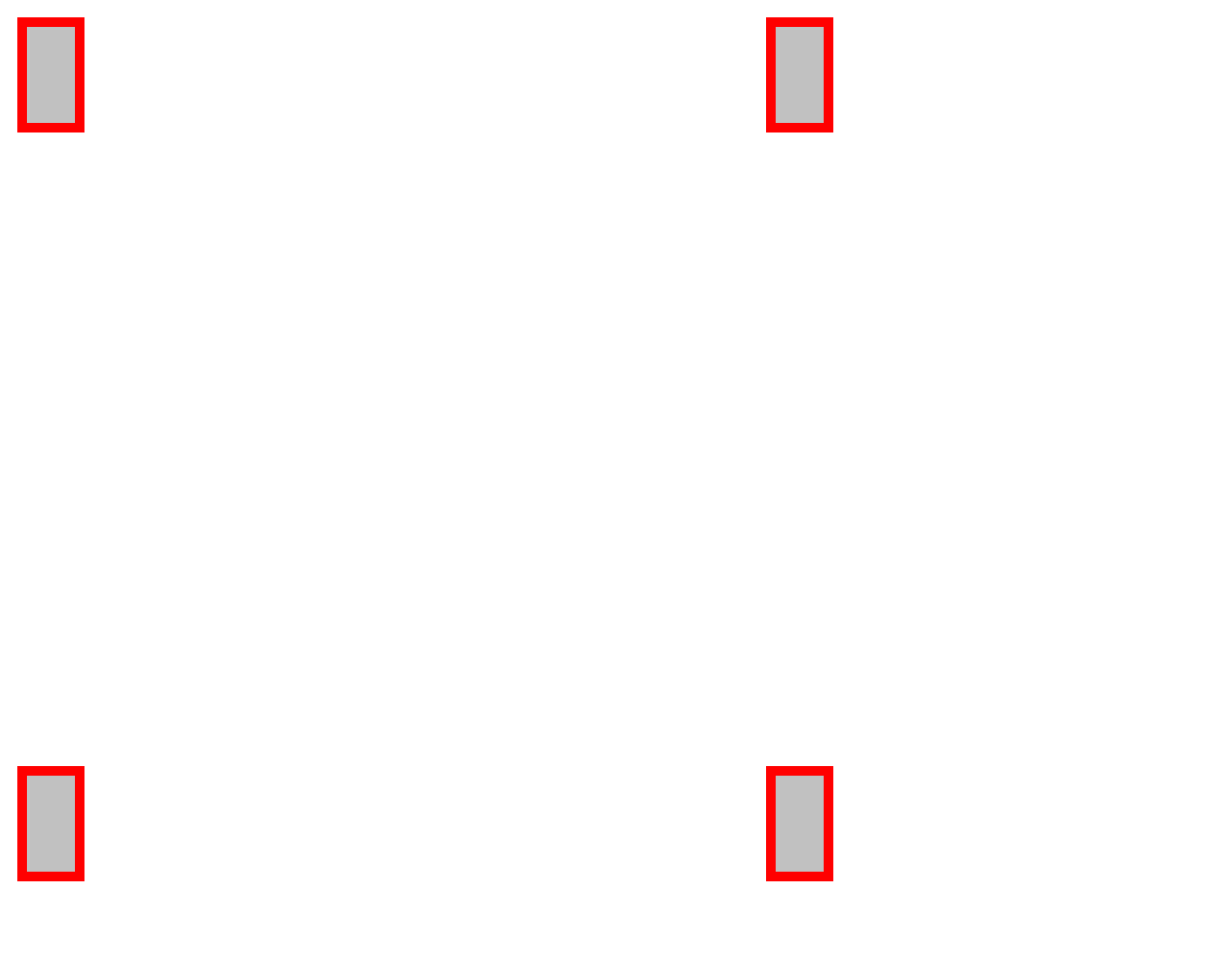
Repository: HEOGEUNJU/Python
Page: HELLO_PYTHON/day17/templates/canvas2.html
An editor plug-in stored every save of this project. The page is shown before and after the next save, followed by the edit.
The browser window is 1280 px wide. The pictures show the whole page, at 96% of full size.

Above is the page before, as saved 2022-12-18 23:58:21.

After the next save:
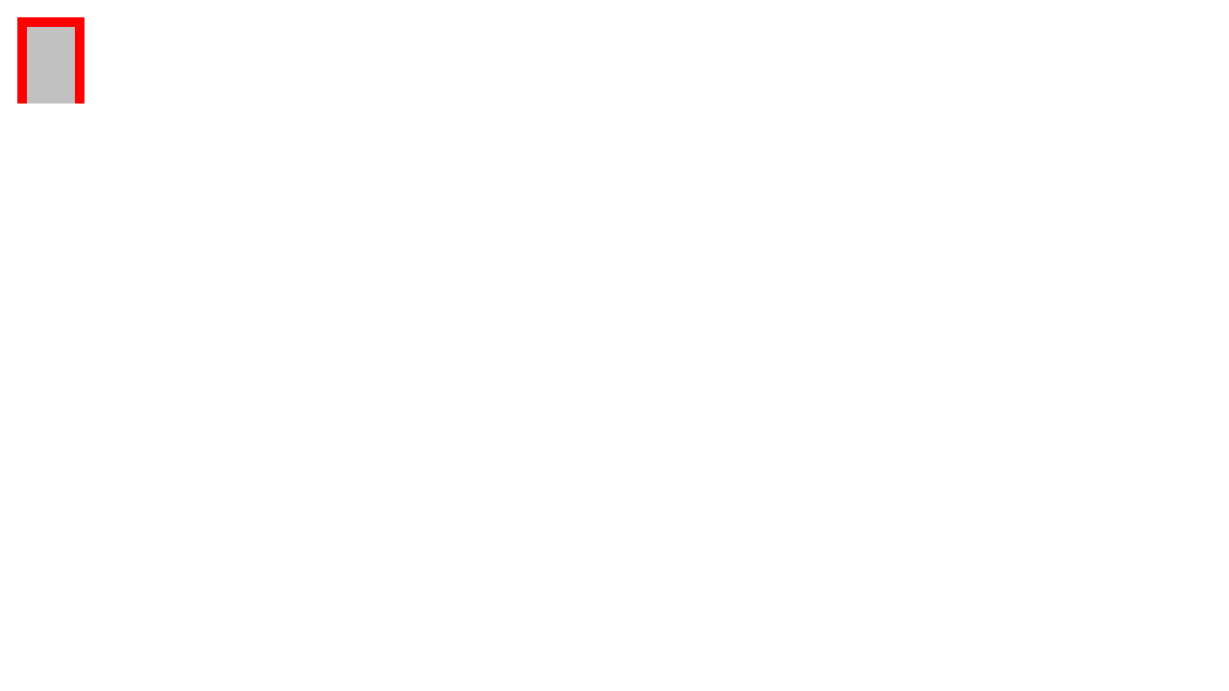
Saved 10 min 43 s later.
--- a/HELLO_PYTHON/day17/templates/canvas2.html
+++ b/HELLO_PYTHON/day17/templates/canvas2.html
@@ -6,7 +6,7 @@
 </head>
 <body>
 <!-- 1. 캔버스 태그 삽입 -->
-<canvas id="p-canvas" width="1000" height="1000"></canvas>
+<canvas id="p-canvas" width="100px" height="100px"></canvas>
 <script>
 	// 2. 캔버스요소 가져오기
     var ele_canvas = document.getElementById("p-canvas");
